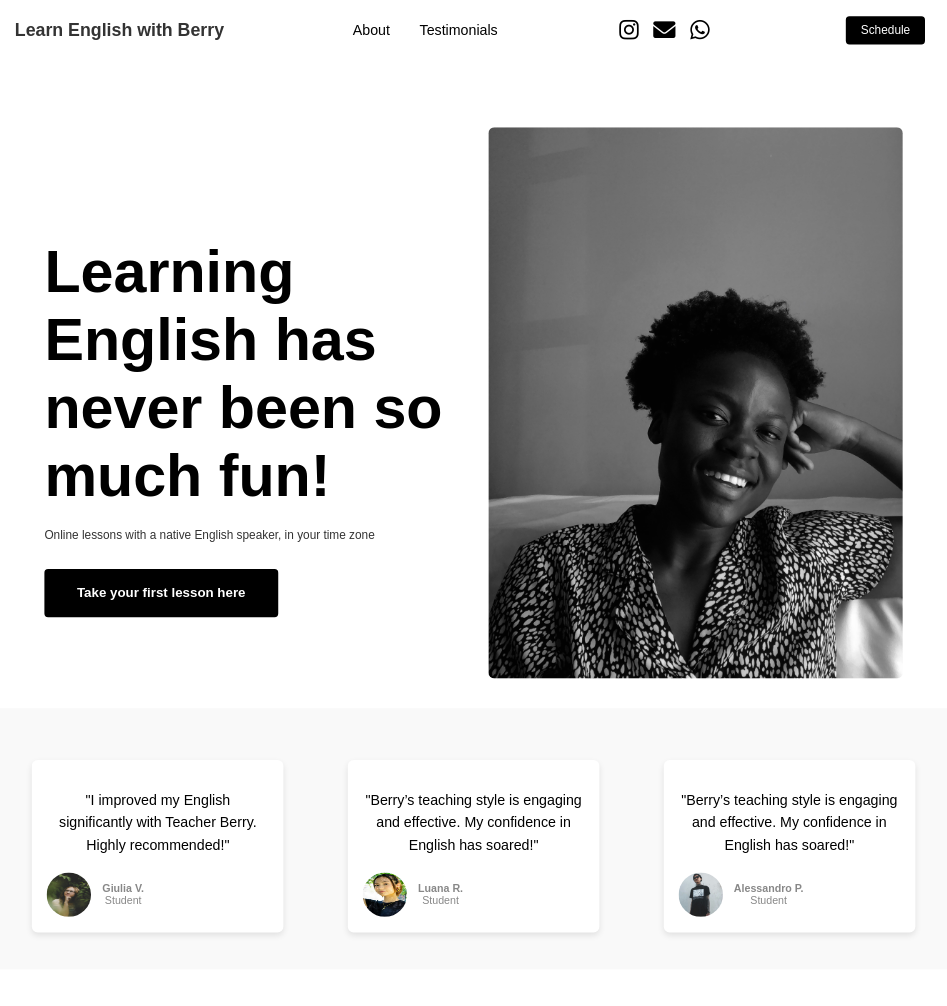
Repository: ntandomagana/esl-landing-page
Page: index.html
The author's editor kept a copy of each file at every save. The page is drawn from the files as they stood at one save, then again after a run of saves.
The browser window is 1280 px wide. The pictures show the whole page, at 74% of full size.

Above is the page before, as saved 2024-07-17 13:54:35.

After the next 4 saves:
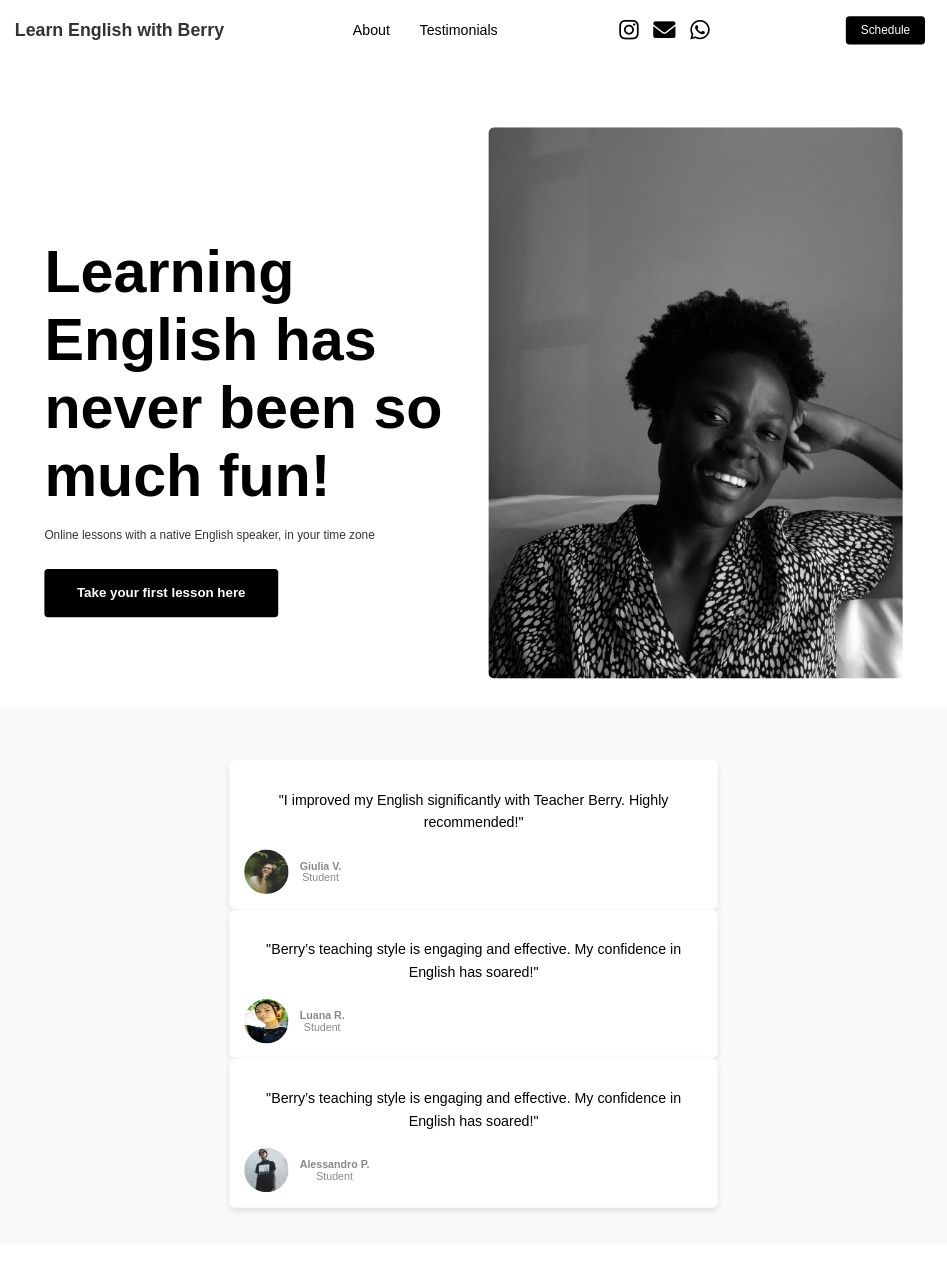
The 4 saves are shown as one change because they came seconds apart.
The last was saved 18 s later.
--- a/index.css
+++ b/index.css
@@ -185,7 +185,7 @@ nav ul li a:hover {
 }
 
 .testimonial-item {
-    width: 300px; /* Adjust width as needed */
+    width: calc(50% - 20px); /* Adjust width as needed */
     margin: 0 20px; /* Adjust margin between testimonials */
     padding: 20px;
     background-color: #fff;
